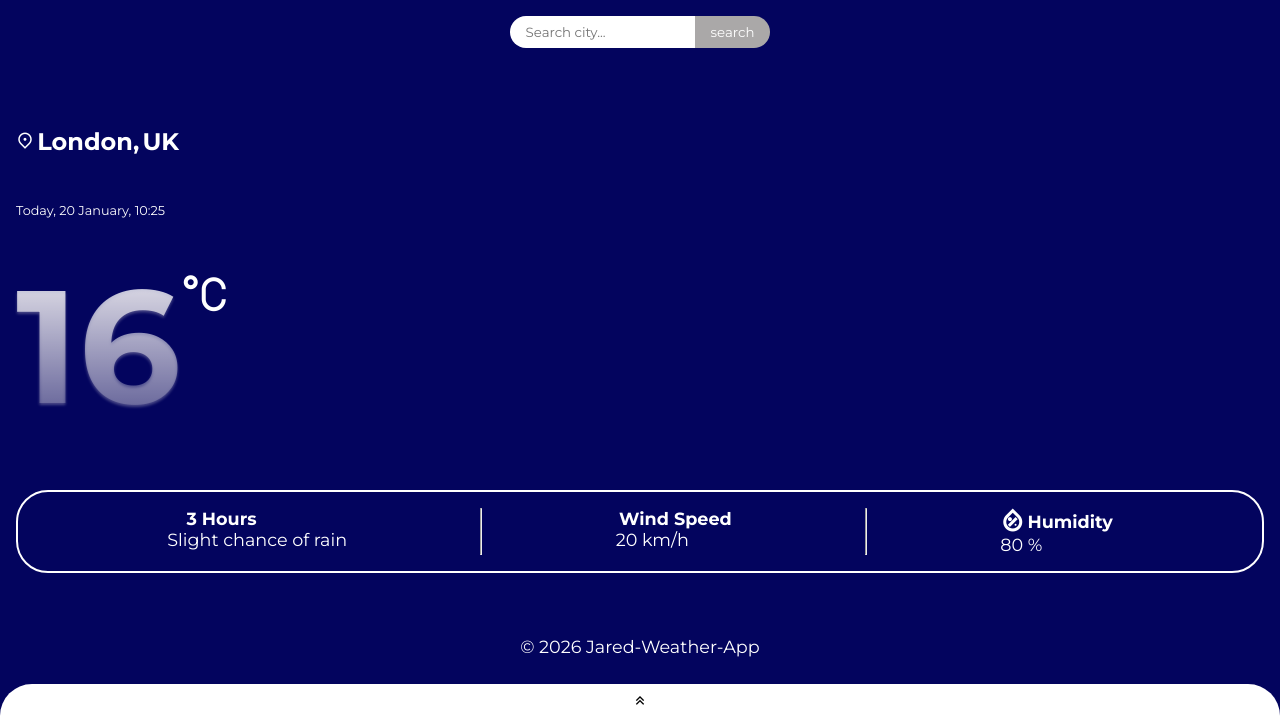
Repository: EguJaredoBoyd/Jared-Weather-App
Page: main.html
An editor plug-in stored every save of this project. The page is shown before and after the next save, followed by the edit.
The browser window is 1280 px wide. The pictures show the whole page.
Some icons come from a web library that is not loaded, so they are not drawn. Some web libraries are served in a nearby version.

Above is the page before, as saved 2026-02-09 21:34:25.

### main.html
<!doctype html>
<html lang="en">
  <head>
    <meta charset="UTF-8" />
    <meta name="viewport" content="width=device-width, initial-scale=1.0" />
    <link rel="preconnect" href="https://fonts.googleapis.com" />
    <link rel="preconnect" href="https://fonts.gstatic.com" crossorigin />
    <link
      href="https://fonts.googleapis.com/css2?family=Montserrat:ital,wght@0,100..900;1,100..900&display=swap"
      rel="stylesheet"
    />
    <link
      href="https://cdn.jsdelivr.net/npm/remixicon@4.8.0/fonts/remixicon.css"
      rel="stylesheet"
    />
    <link rel="stylesheet" href="./css/styles.css" />
    <script src="./js/main.js" defer></script>
    <script src="./js/weather.js" defer></script>
    <title>Jared-Weather-App</title>
  </head>
  <body class="weather-app">
    <div class="weather-app__container">
      <header>
        <div class="search-place">
          <input
            type="text"
            placeholder="Search city..."
            aria-label="Search city"
            id="search-input"
          />
          <button id="search-button">search</button>
        </div>
      </header>
      <main>
        <section class="current-weather">
          <div class="place-searched">
            <i class="ri-map-pin-2-line"></i>
            <div class="place-name">
              <h3 class="city-name">London,</h3>
              <h3 id="country-name">UK</h3>
            </div>
          </div>
          <div class="date-today">
            <time datetime="2026-01-20" id="date-time">Today, 20 January,</time>
            <time datetime="10:45" id="current-time">10:25</time>
          </div>
          <div class="place-temperature">
            <span class="place-temperature__measure" id="temp-measure">16</span>
            <span class="place-temperature__degree"
              ><i class="ri-celsius-line"></i
            ></span>
          </div>
          <div class="place-forecast">
            <article class="forecast-item forecast-item--weather">
              <div>
                <img src="" alt="" id="weather-icon" />
                <span>3 Hours</span>
              </div>
              <span id="weather-description">Slight chance of rain</span>
            </article>
            <hr />

            <article class="forecast-item forecast-item--wind">
              <div>
                <span><i class="ri-arrow-right-up-long-line"></i></span>
                <span>Wind Speed</span>
              </div>
              <span id="wind-speed">20 km/h</span>
            </article>
            <hr />

            <article class="forecast-item forecast-item--uv">
              <div>
                <span><i class="ri-water-percent-line"></i></span>
                <span>Humidity</span>
              </div>
              <span id="humidity">80 %</span>
            </article>
          </div>
        </section>
        <section class="swipe-section" aria-hidden="true" id="swipe-section">
          <!-- Slide for the hourly and daily forecast -->
          <button class="sheet-handle" id="sheet-handle" aria-expanded="false">
            <i class="ri-arrow-up-double-line" id="icon-handle"></i>
          </button>

          <div class="swipe-forecast">
            <!-- Pressure Forecast -->
            <article class="sheet-card pressure-forecast">
              <div class="weather-header">
                <span>Pressure</span>
                <span><i class="ri-sun-cloudy-line"></i></span>
              </div>
              <span id="weather-pressure" class="sheet-card__content"
                >10hPa</span
              >
            </article>

            <!-- Visibility and fog Forecast -->
            <article class="sheet-card visibility-forecast">
              <div class="weather-header">
                <span>Visibility</span>
                <span><i class="ri-foggy-fill"></i></span>
              </div>
              <span id="weather-visibility" class="sheet-card__content"
                >1000km</span
              >
            </article>

            <!-- Maximum Temperature -->
            <article class="sheet-card maximum-temperature">
              <div class="weather-header">
                <span>Temperature Max</span>
                <span><i class="ri-sun-line"></i></span>
              </div>
              <div class="sheet-card__content">
                <span id="weather-temp-max">16</span>
                <span><i class="ri-celsius-line"></i></span>
              </div>
            </article>

            <!-- Minimum Temperature-->
            <article class="sheet-card minimum-temperature">
              <div class="weather-header">
                <span>Temperature Min</span>
                <span><i class="ri-cloudy-line"></i></span>
              </div>
              <div class="sheet-card__content">
                <span id="weather-temp-min">9</span>
                <span><i class="ri-celsius-line"></i></span>
              </div>
            </article>
          </div>
        </section>
      </main>
      <footer>
        <div><p>&copy; 2026 Jared-Weather-App</p></div>
      </footer>
    </div>
  </body>
</html>

### css/styles.css
/* ==== CSS RESET ==== */
*,
*::before,
*::after {
  margin: 0;
  padding: 0;
  box-sizing: border-box;
  /* outline: 1px solid red; */
}

:root {
  --background-color: #03045e;
  --text-color: white;
  --font: "Montserrat", sans-serif;
}

html {
  font-size: 16px;
  height: 100%;
}

body {
  background-color: var(--background-color);
  color: var(--text-color);
  height: 100%;
  font-family: var(--font);
}

p {
  font-size: clamp(0.5rem, 2.5vw, 1.1rem);
}

.weather-app__container {
  display: flex;
  flex-direction: column;
  min-height: 100dvh;
}

.search-place {
  display: flex;
  justify-content: center;
  padding: 1rem;
}

.search-place input {
  padding: 0.5rem 1rem;
  border: none;
  border-bottom-left-radius: 1rem;
  border-top-left-radius: 1rem;
  font-family: var(--font);
  outline: none;
}

.search-place button {
  border: none;
  border-top-right-radius: 1rem;
  border-bottom-right-radius: 1rem;
  padding: 0.5rem 1rem;
  font-family: var(--font);
  margin-left: -1rem;
  background: rgb(170, 168, 168);
  color: var(--text-color);
}

main {
  display: flex;
  flex-direction: column;
  padding: 1rem;
}

.current-weather {
  display: flex;
  flex-direction: column;
  justify-content: space-evenly;
  min-height: 75dvh;
}

.place-searched {
  display: flex;
  align-items: center;
  column-gap: 0.2rem;
  font-size: large;
}

.place-name {
  display: flex;
  align-items: center;
  column-gap: 0.2rem;
}

.city-name,
#country-name {
  font-size: clamp(0.5rem, 6vw, 1.5rem);
}

.date-today {
  font-size: clamp(0.5rem, 3vw, 0.8rem);
}

.place-temperature {
  display: flex;
  align-items: center;
  position: relative;
  margin-top: -1rem;
}

.place-temperature__measure {
  font-size: clamp(5rem, 38vw, 10rem);
  font-weight: 700;
  background: linear-gradient(to bottom, white, var(--background-color));
  -webkit-background-clip: text;
  background-clip: text;
  -webkit-text-fill-color: transparent;
  text-shadow: 0 2px 3px rgba(243, 235, 235, 0.3);
}

.place-temperature__degree {
  font-size: clamp(1.5rem, 20vw, 3rem);
  align-self: flex-start;
  padding-top: 1rem;
  font-size: clamp(1rem, 10vw, 3rem);
}

.place-forecast {
  display: flex;
  justify-content: space-evenly;
  border: 2px solid white;
  border-radius: 2rem;
  padding: 1rem;
}

.forecast-item div {
  display: flex;
  align-items: center;
  justify-self: start;
  column-gap: 0.2rem;
  font-size: clamp(0.5rem, 2vw, 1.1rem);
  font-weight: 700;
}

.forecast-item span {
  font-size: clamp(0.5rem, 2.5vw, 1.1rem);
}

.forecast-item div span i {
  font-size: clamp(0.25rem, 2.5vw, 1.5rem);
}

.forecast-item--weather div img {
  width: clamp(0.5rem, 2vw, 1rem);
  height: clamp(0.5rem, 2vh, 1rem);
}

/* Swipe section styles */

.swipe-section {
  position: fixed;
  min-height: 100dvh;
  top: 95%;
  right: 0;
  left: 0;
  transition: transform 2s ease;
  background-color: var(--text-color);
  color: var(--background-color);
  border-radius: 2rem;
}

.swipe-section.is-open {
  transform: translateY(-30%);
}

.no-scroll {
  overflow: hidden;
}

.swipe-section button {
  margin: 0.5rem auto;
  display: flex;
  justify-self: center;
  background: none;
  border: none;
}

.swipe-section button i {
  font-size: 1rem;
}

.swipe-forecast {
  display: grid;
  grid-template-columns: repeat(2, 1fr);
  justify-items: center;
}

.sheet-card {
  font-size: clamp(0.5rem, 2.5vw, 1.1rem);
  padding: 1rem;
  display: flex;
  flex-direction: column;
}

.sheet-card__content {
  align-self: center;
}

.weather-header {
  font-weight: 700;
  margin-bottom: 1rem;
}

footer div p {
  text-align: center;
}

/* SKELETON LOADING STYLES */
.date-today--date-skeleton {
  background-color: red;
}

### js/main.js
//Target all the buttons necessary
const swipeSection = document.getElementById("swipe-section");
const sheetHandle = document.getElementById("sheet-handle");
const iconHandle = document.getElementById("icon-handle");

//Create a function to handle swipe
function handleSwipe() {
  sheetHandle.addEventListener("click", () => {
    const isOpen = swipeSection.classList.toggle("is-open");

    //Add accessibilty and optimization
    swipeSection.setAttribute("aria-hidden", !isOpen);
    sheetHandle.setAttribute("aria-expanded", isOpen);

    //Statement to switch icons
    iconHandle.className = isOpen
      ? "ri-arrow-down-double-line"
      : "ri-arrow-up-double-line";

    //Add a class to handle the scroll
    document.body.classList.toggle("no-scroll");
  });
}

handleSwipe();

### js/weather.js
//My API key 56d08a907c0260865bb8f620502bfcbf
const WEATHER_API_KEY = "56d08a907c0260865bb8f620502bfcbf";

//Target my button and search input for city
const searchInput = document.getElementById("search-input");
const searchButton = document.getElementById("search-button");

//Target The innerHTMLs for manipulation of time elements
const cityName = document.querySelector(".city-name");
const countryName = document.getElementById("country-name");
const dateTime = document.getElementById("date-time");
const currentTime = document.getElementById("current-time");

//Target the innerHTMLs for manipulation of weather elements
const tempMeasure = document.getElementById("temp-measure");
const weatherIcon = document.getElementById("weather-icon");
const weatherDescription = document.getElementById("weather-description");
const windSpeed = document.getElementById("wind-speed");
const humidity = document.getElementById("humidity");
const weatherPressure = document.getElementById("weather-pressure");
const weatherVisibility = document.getElementById("weather-visibility");
const weatherTempMax = document.getElementById("weather-temp-max");
const weatherTempMin = document.getElementById("weather-temp-min");

//Create function to ask for weather app
async function fetchWeather(city) {
  try {
    const apiResponse = await fetch(
      `https://api.openweathermap.org/data/2.5/forecast?q=${city}&units=metric&appid=${WEATHER_API_KEY}`,
    );

    const apiData = await apiResponse.json();
    console.log(apiData);

    //Get the API weather city endpoints
    const countryCity = apiData.city;

    const cityDate = apiData.list[0];

    //Display the country in UI
    cityName.textContent = `${city},`;
    countryName.textContent = `${countryCity.country}`;

    //Get the API weather date endpoints
    const currentDateTime = cityDate.dt * 1000;
    const date = new Date(currentDateTime);
    const dateToday = date.toLocaleDateString("en-GB", {
      weekday: "short",
      month: "short",
      day: "numeric",
    });

    //Get time from new date
    function newDateTime() {
      const utcTime = Date.now();
      const timeZone = apiData.city.timezone;
      const cityTime = utcTime + timeZone * 1000;
      const cityDateTime = new Date(cityTime);

      const hours = cityDateTime.getUTCHours();
      const minutes = cityDateTime.getUTCMinutes();
      const seconds = cityDateTime.getUTCSeconds();

      //Display the date in the UI
      dateTime.textContent = `Today, ${dateToday},`;
      currentTime.textContent = `${hours}:${minutes.toString().padStart(2, "0")}:${seconds.toString().padStart(2, "0")}`;
    }

    newDateTime();

    //Function to get weather details
    function getWeatherForcast() {
      const temperature = Math.round(apiData.list[0].main.temp);
      tempMeasure.textContent = `${temperature}`;

      const description = apiData.list[0].weather[0].description;
      weatherDescription.textContent = `${description}`;

      const getIcon = apiData.list[0].weather[0].icon;
      weatherIcon.src = `https://openweathermap.org/img/wn/${getIcon}@2x.png`;
      weatherIcon.alt = `${description}`;

      const getWindSpeed = apiData.list[0].wind.speed;
      const getWindSpeedKMH = Math.round(getWindSpeed * 3.6);
      windSpeed.textContent = `${getWindSpeedKMH} km/h`;

      const getHumidity = apiData.list[0].main.humidity;
      humidity.textContent = `${getHumidity} %`;

      //Swipe Section
      const pressure = apiData.list[0].main.pressure;
      weatherPressure.textContent = `${pressure} hPa`;

      const visibility = apiData.list[0].visibility / 1000;
      weatherVisibility.textContent = `${visibility} km`;

      const tempMax = Math.round(apiData.list[0].main.temp_max);
      weatherTempMax.textContent = `${tempMax}`;

      const tempMin = Math.round(apiData.list[0].main.temp_min);
      weatherTempMin.textContent = `${tempMin}`;
    }

    getWeatherForcast();

    //Update date every minute
    setInterval(() => {
      newDateTime();
    }, 1000);
  } catch (error) {
    console.error(error.message);
  }
}

//Search for city
searchButton.addEventListener("click", () => {
  const city = searchInput.value.trim();
  if (!city) return;

  fetchWeather(city);
});

After the next save:
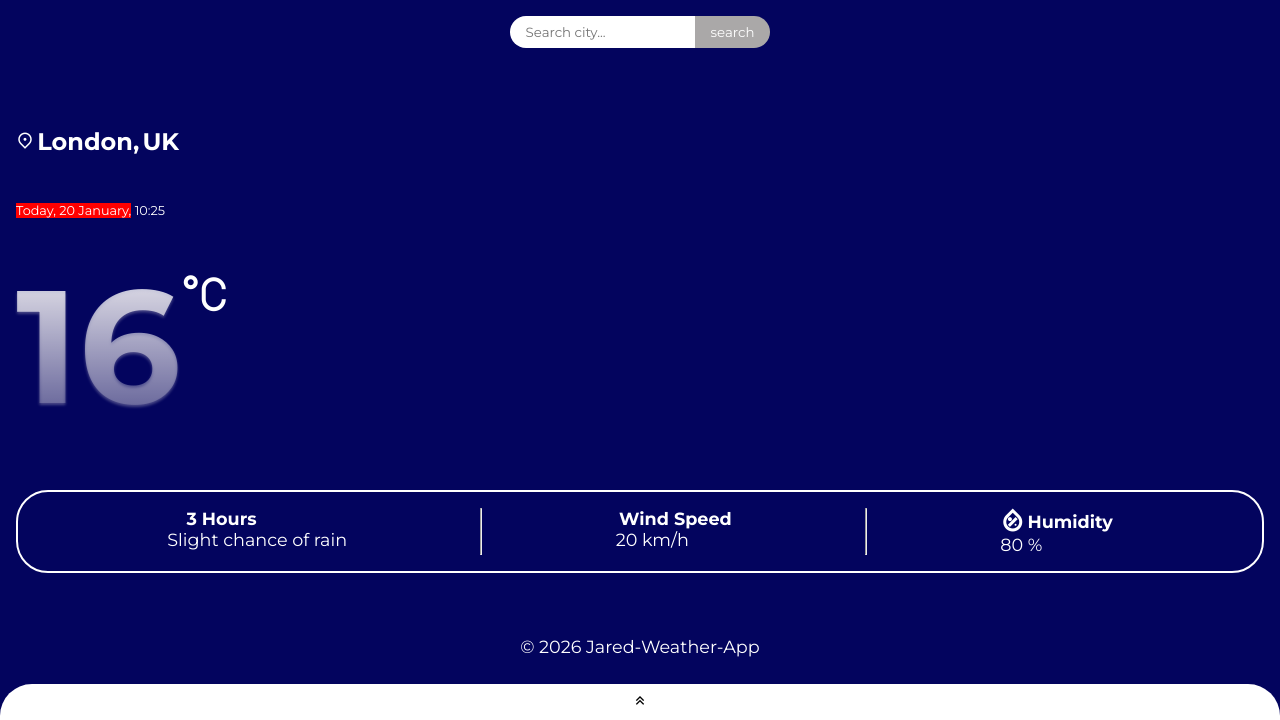
Saved 33 s later.
--- a/main.html
+++ b/main.html
@@ -41,7 +41,12 @@
             </div>
           </div>
           <div class="date-today">
-            <time datetime="2026-01-20" id="date-time">Today, 20 January,</time>
+            <time
+              datetime="2026-01-20"
+              id="date-time"
+              class="date-today--date-skeleton"
+              >Today, 20 January,</time
+            >
             <time datetime="10:45" id="current-time">10:25</time>
           </div>
           <div class="place-temperature">
